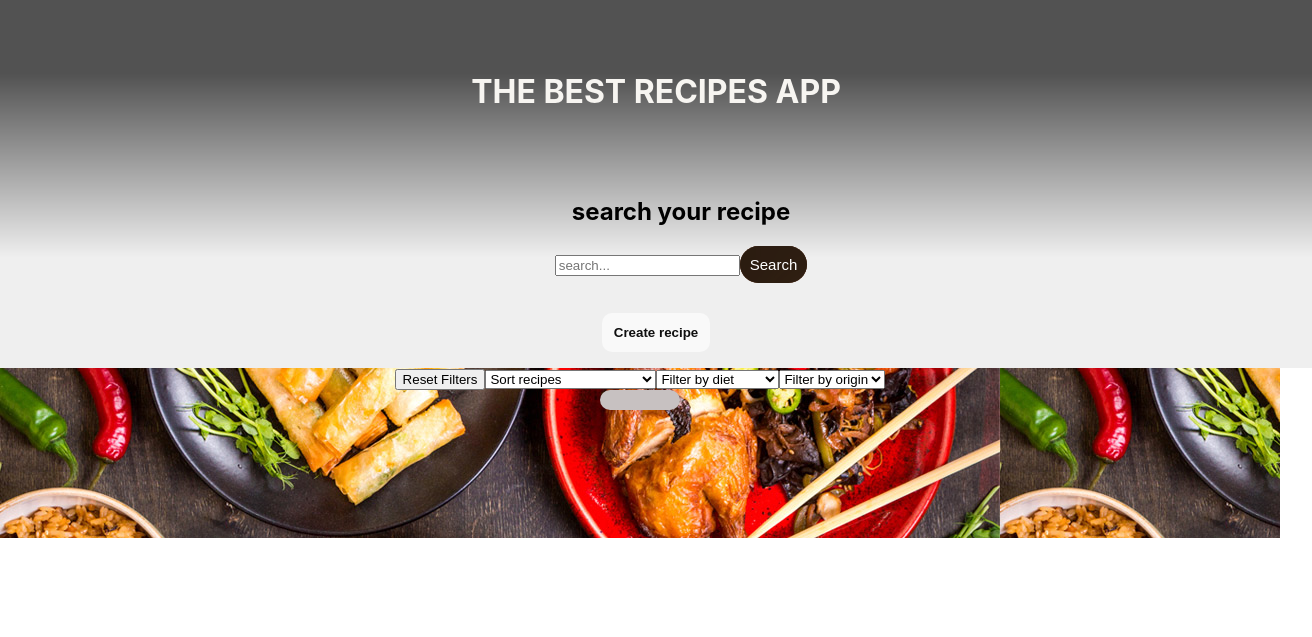
Repository: ezeoli/pi-food-ezeoli
Page: /home (app in client/)
These files come from the project's save history. The page is drawn as it stood at one moment and after the next save; the edit follows.
The browser window is 1280 px wide. The page is 1312 px wide, so the pictures cover 1312 px, including what lies to the right of the window. The pictures show the whole page.
The page's requests for data from a server got no answer. The project was rebuilt for these pictures with package versions that can differ from the ones it lists, and the page was loaded fresh each time. No one was signed in, and anything a server would have sent is missing. Also part of the build but not shown: client/src/components/landing/Landing.module.css, client/src/components/landing/landing.js, client/src/components/card/Card.module.css, client/src/components/card/card.js, client/src/components/loading/Loading.module.css, client/src/components/loading/Loading.js, client/src/components/cardDetails/CardDetail.module.css, client/src/components/cardDetails/cardDetails.js and 2 more.

Above is the page before, as saved 2022-11-22 13:01:45.

After the next save:
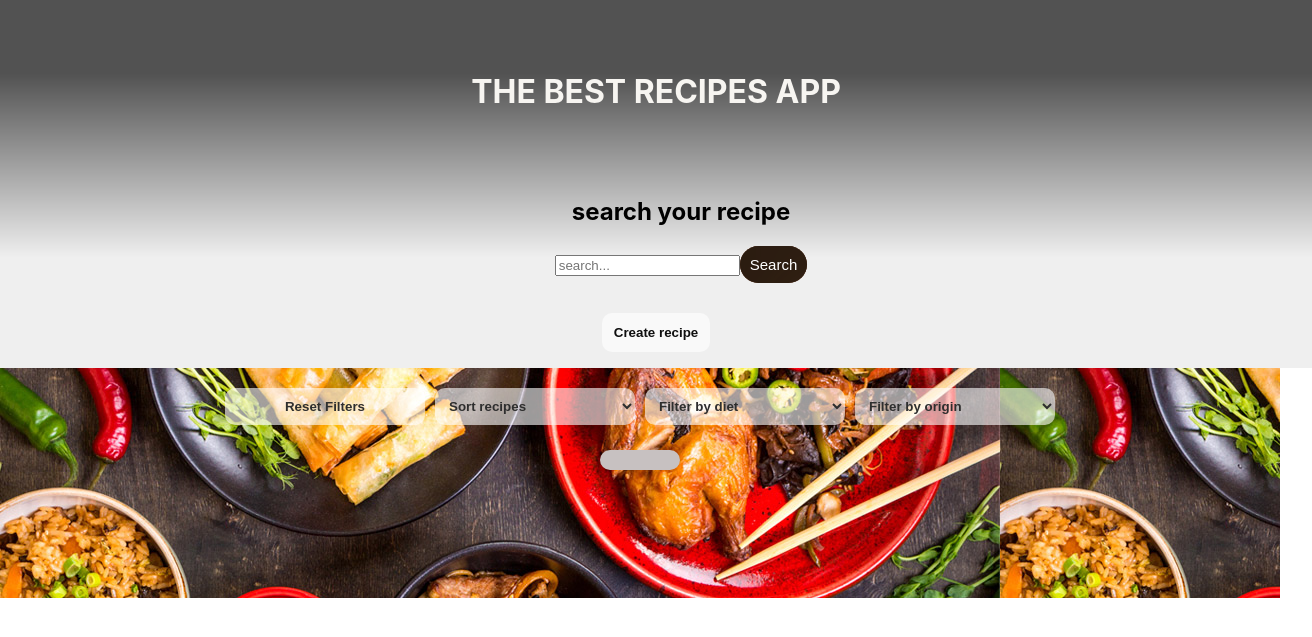
Saved 2 min 5 s later.
--- a/client/src/components/home/Home.module.css
+++ b/client/src/components/home/Home.module.css
@@ -7,7 +7,10 @@
     right: 0;
     left: 0;
 }
-
+.pagination{
+    display: flex;
+    top: 100 px;
+}
 .cards{
     display: grid;
     /* align-items:center; */
@@ -17,22 +20,38 @@
     margin-top: 8rem;
 
 }
-.filtrus {
-    display: flex;
-    position: fixed;
-    z-index: 100;
-    flex-direction: column;
-    margin-top: -128px;
-    width: 100vw;
-    height: 8rem;
-    background: linear-gradient(145deg, #3f2918, #4b311d);
-    box-shadow:  20px 10px 40px #271a0f,
-               -20px -06px 40px #654227;
-               border-style: none;
-  }
-  .search{
+.notFound{
+    width: 80%;
+    height: 80%;
     display: flex;
     justify-content: center;
-    margin-left: 50px;
-    margin-bottom: 20px;
-  }
+    align-items: center;
+    margin: 20px auto;
+    background-color: rgb(63, 58, 58);
+    border-radius: 10px;
+}
+.filter{
+    border-radius: 10px;
+    padding: 10px;
+    background-color: rgba(255, 255, 255, 0.603);
+    border: none;
+    color: rgb(46, 46, 46);
+    width: 80%;
+    max-width: 200px;
+    cursor: pointer;
+    font-weight: bolder;
+    transition: all 0.3s ease-in-out;
+}
+.filter:hover{
+    color: rgb(255, 255, 255);
+    background: rgb(46, 46, 46);
+}
+.filterContainer{
+    display: flex;
+    justify-content: center;
+    width: 100%;
+    gap:10px;
+    margin-bottom: 25px;
+    padding-top: 20px;
+
+}
